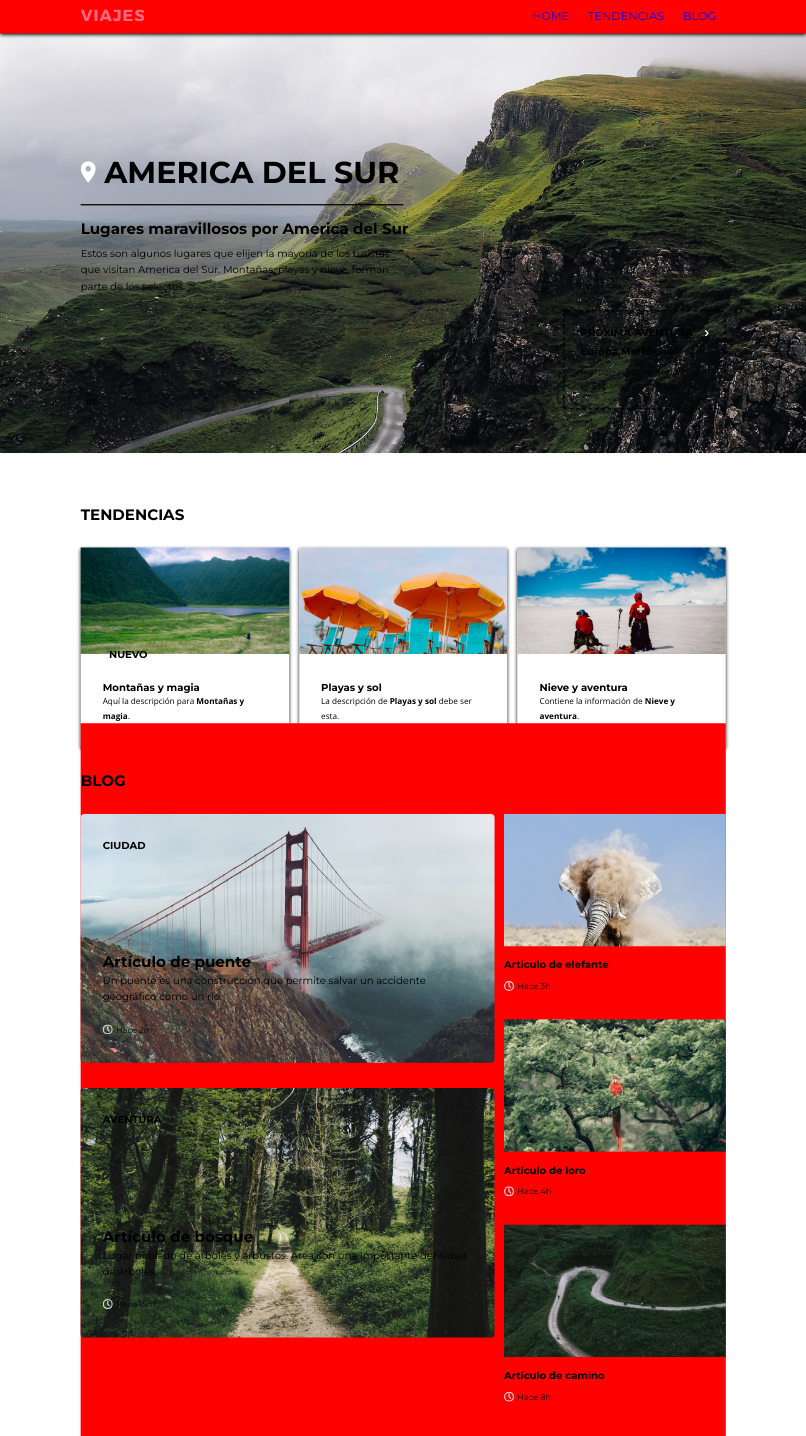
Repository: agustin-mesa/viajes
Page: /
These files come from the project's save history. The page is drawn as it stood at one moment and after the next save; the edit follows.
The browser window is 1280 px wide. The pictures show the whole page, at 63% of full size.
The project was rebuilt for these pictures with package versions that can differ from the ones it lists, and the page was loaded fresh each time. Also part of the build but not shown: src/components/styles/colors.module.scss.

Above is the page before, as saved 2021-11-12 01:13:54.

After the next save:
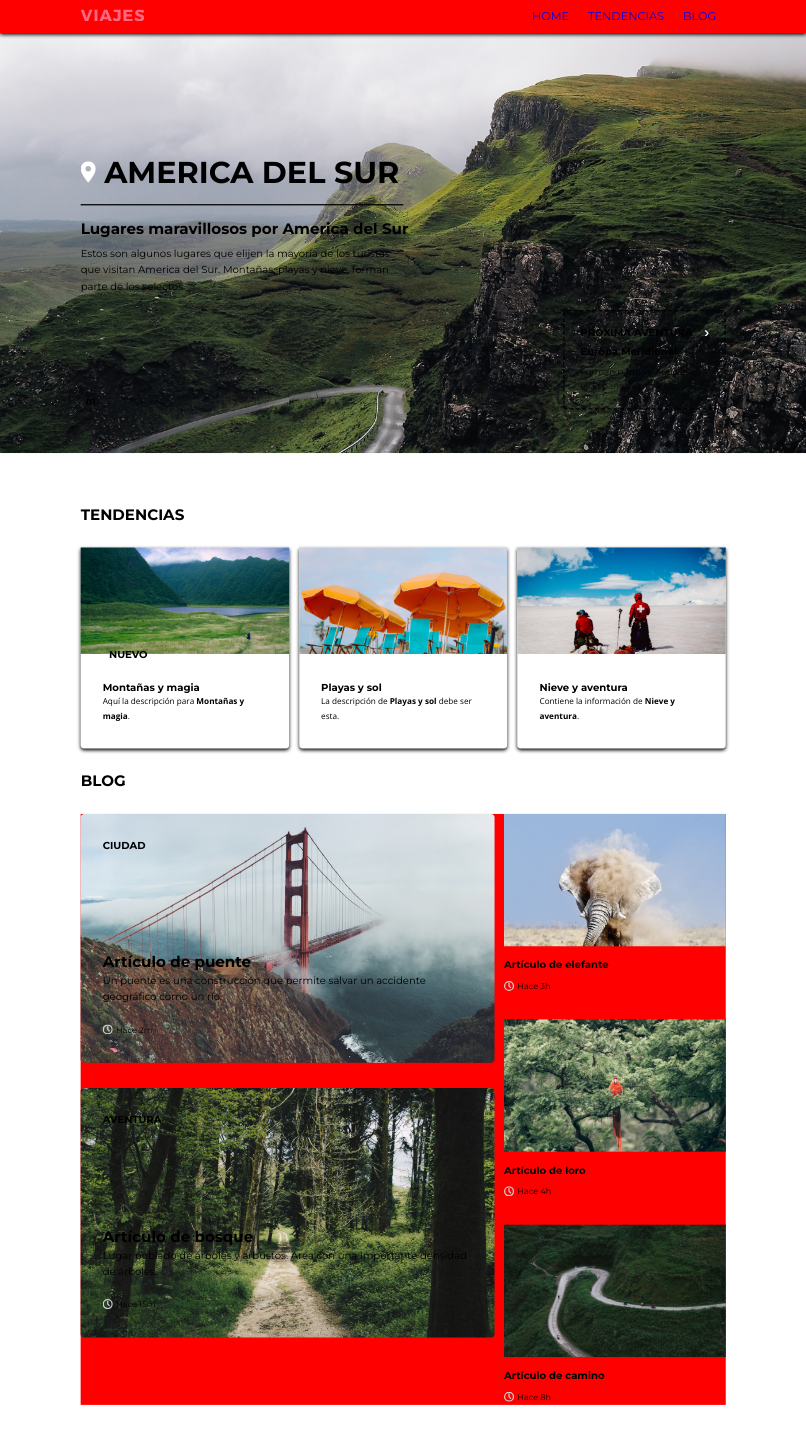
Saved 14 s later.
--- a/src/pages/Blog.js
+++ b/src/pages/Blog.js
@@ -110,7 +110,6 @@ const ContainerBlog = styled.section`
     justify-content: flex-start;
     flex-direction: column;
     padding: 75px 0 50px;
-    background: red;
   }
   .blog__body {
     display: flex;
@@ -118,6 +117,7 @@ const ContainerBlog = styled.section`
     flex-direction: row;
     margin: 35px 0 0;
     width: 100%;
+    background: red;
   }
   .blog__header {
     width: 100%;
